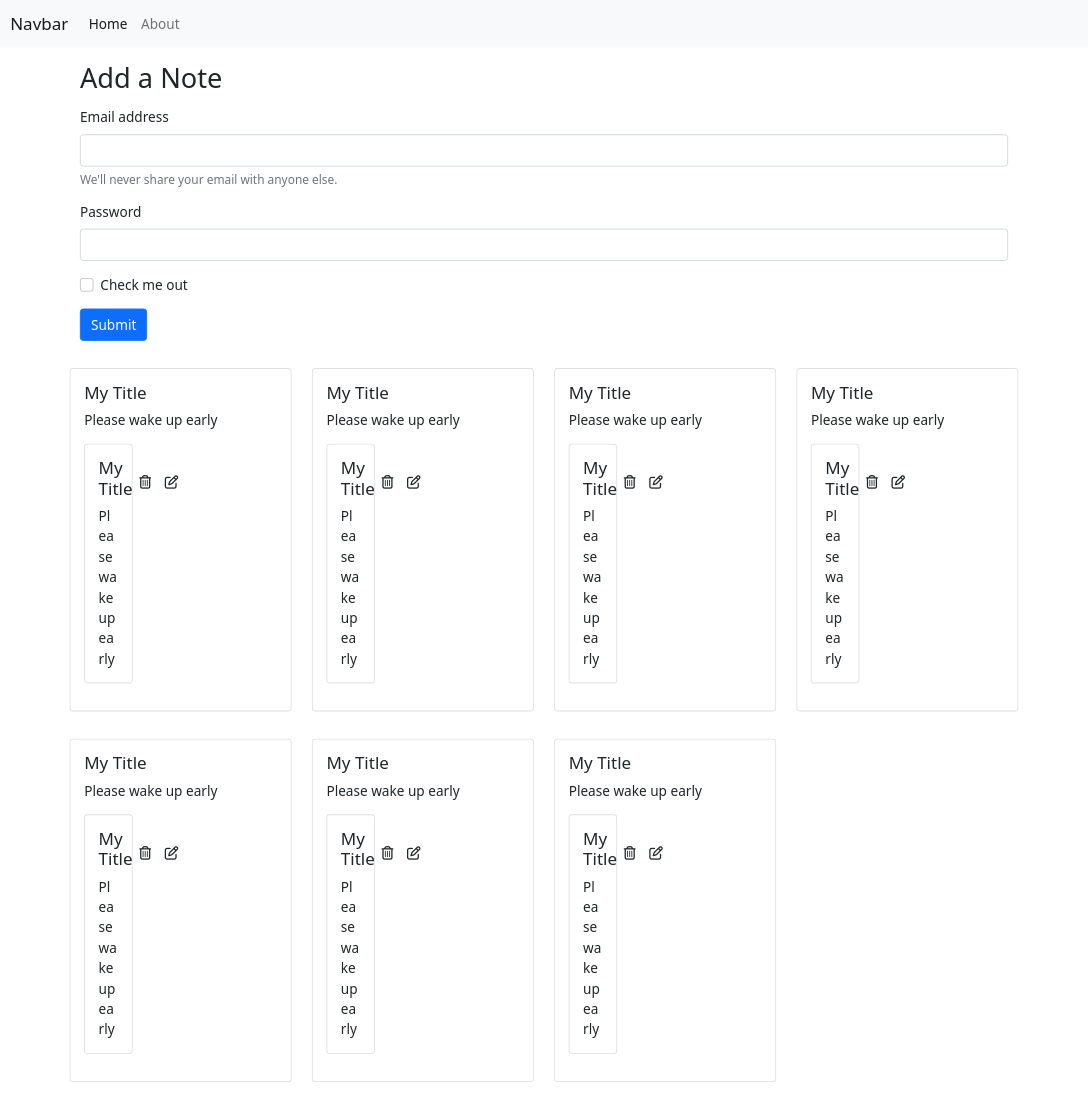
Repository: Asad-devv/inotebook-mern
Page: /
An editor plug-in stored every save of this project. The page is shown before and after the next save, followed by the edit.
The browser window is 1280 px wide. The pictures show the whole page, at 85% of full size.
Some web libraries are served in a nearby version. The project was rebuilt for these pictures with package versions that can differ from the ones it lists, and the page was loaded fresh each time. Also part of the build but not shown: vite.config.js, src/components/About.jsx.

Above is the page before, as saved 2023-04-14 00:46:21.

### index.html
<!DOCTYPE html>
<html lang="en">
  <head>
    <meta charset="UTF-8" />
    <link rel="icon" type="image/svg+xml" href="/vite.svg" />
    <meta name="viewport" content="width=device-width, initial-scale=1.0" />
    <link href="https://cdn.jsdelivr.net/npm/bootstrap@5.0.2/dist/css/bootstrap.min.css" rel="stylesheet" integrity="sha384-EVSTQN3/azprG1Anm3QDgpJLIm9Nao0Yz1ztcQTwFspd3yD65VohhpuuCOmLASjC" crossorigin="anonymous">
    <title>iNotebook</title>
  </head>
  <body>
    <div id="root"></div>
    <script type="module" src="/src/main.jsx"></script>

    <script src="https://kit.fontawesome.com/26504e4a1f.js" crossorigin="anonymous"></script>

    <script src="https://cdn.jsdelivr.net/npm/@popperjs/core@2.9.2/dist/umd/popper.min.js" integrity="sha384-IQsoLXl5PILFhosVNubq5LC7Qb9DXgDA9i+tQ8Zj3iwWAwPtgFTxbJ8NT4GN1R8p" crossorigin="anonymous"></script>
    <script src="https://cdn.jsdelivr.net/npm/bootstrap@5.0.2/dist/js/bootstrap.min.js" integrity="sha384-cVKIPhGWiC2Al4u+LWgxfKTRIcfu0JTxR+EQDz/bgldoEyl4H0zUF0QKbrJ0EcQF" crossorigin="anonymous"></script>
  </body>
</html>

### src/main.jsx
import React from 'react'
import ReactDOM from 'react-dom/client'
import App from './App'
// import './index.css'
import { BrowserRouter } from "react-router-dom"
import { Provider } from 'react-redux'
import store from './states/Store'


ReactDOM.createRoot(document.getElementById('root')).render(
  <React.StrictMode>
    <BrowserRouter>
    <Provider store={store} >
    <App />
    </Provider>
    </BrowserRouter>
  </React.StrictMode>,
)

### src/App.jsx
import { useState } from 'react'
import reactLogo from './assets/react.svg'
import viteLogo from '/vite.svg'
// import './App.css'
import {Home,Navbar,About} from "./components"
import { Route, Routes } from "react-router-dom"




function App() {

  return (
      <>
      <Navbar/>
      <div className="container">
      <Routes>
      <Route path="/" element={<Home />} />
      <Route path="/about" element={<About />} />
      </Routes>
      </div>

    </>
  );
}
export default App

### src/states/Store.js
import { configureStore } from '@reduxjs/toolkit'
import notesReducer from "./redux/notesSlice"


export default configureStore({
  reducer: {notes:notesReducer},
})

### src/components/index.js
import Home from "./Home"
import Navbar from "./Navbar"
import About from "./About"



export { Home,Navbar,About }

### src/states/redux/notesSlice.js
import { createSlice } from '@reduxjs/toolkit'


const notesInitial = [
        {
          "_id": "61322f19553781a8ca8d0e06",
          "user": "6131dc5e3e4037cd4734a066",
          "title": "My Title",
          "description": "Please wake up early",
          "tag": "personal",
          "date": "2021-09-03T14:20:09.509Z",
          "__v": 0
        },
        {
          "_id": "61322f19553781a8ca8d0e08",
          "user": "6131dc5e3e4037cd4734a066",
          "title": "My Title",
          "description": "Please wake up early",
          "tag": "personal",
          "date": "2021-09-03T14:20:09.668Z",
          "__v": 0
        },
        {
          "_id": "61322f19553781a8ca8d0e08",
          "user": "6131dc5e3e4037cd4734a066",
          "title": "My Title",
          "description": "Please wake up early",
          "tag": "personal",
          "date": "2021-09-03T14:20:09.668Z",
          "__v": 0
        },
        {
          "_id": "61322f19553781a8ca8d0e08",
          "user": "6131dc5e3e4037cd4734a066",
          "title": "My Title",
          "description": "Please wake up early",
          "tag": "personal",
          "date": "2021-09-03T14:20:09.668Z",
          "__v": 0
        },
        {
          "_id": "61322f19553781a8ca8d0e08",
          "user": "6131dc5e3e4037cd4734a066",
          "title": "My Title",
          "description": "Please wake up early",
          "tag": "personal",
          "date": "2021-09-03T14:20:09.668Z",
          "__v": 0
        },
        {
          "_id": "61322f19553781a8ca8d0e08",
          "user": "6131dc5e3e4037cd4734a066",
          "title": "My Title",
          "description": "Please wake up early",
          "tag": "personal",
          "date": "2021-09-03T14:20:09.668Z",
          "__v": 0
        },
        {
          "_id": "61322f19553781a8ca8d0e08",
          "user": "6131dc5e3e4037cd4734a066",
          "title": "My Title",
          "description": "Please wake up early",
          "tag": "personal",
          "date": "2021-09-03T14:20:09.668Z",
          "__v": 0
        },
      ]

export const notesSlice= createSlice({
    name:'notes',
    initialState:{value:notesInitial},
    reducers:{
        update:(state)=>{
            setTimeout(()=>{state.value.tag+="gellp"},1000)

        }
    }
})


export const { update} = notesSlice.actions

export default notesSlice.reducer

### src/components/Home.jsx
import React from 'react'
import { useSelector,useDispatch } from 'react-redux'
import { update } from '../states/redux/notesSlice';
import Notes from './Notes';

const Home = () => {
  const dispatch= useDispatch();
  const notes =  useSelector((state) => state.notes.value)
  console.log(notes)
  return (
    <div>

      <div className="container my-3">
            <h2>Add a Note</h2>
            <form className="my-3">
                <div class="mb-3">
                    <label for="exampleInputEmail1" class="form-label">Email address</label>
                    <input type="email" class="form-control" id="exampleInputEmail1" aria-describedby="emailHelp"/>
                    <div id="emailHelp" class ="form-text">We'll never share your email with anyone else.</div>
                </div>
                <div class="mb-3">
                    <label for="exampleInputPassword1" class="form-label">Password</label>
                    <input type="password" class="form-control" id="exampleInputPassword1"/>
                </div>
                <div class="mb-3 form-check">
                    <input type="checkbox" class="form-check-input" id="exampleCheck1"/>
                    <label class ="form-check-label" for="exampleCheck1">Check me out</label>
                </div>
                <button type="submit" class="btn btn-primary">Submit</button>
            </form>
            </div>


        <Notes></Notes>
    </div>
  )
}

export default Home

### src/components/Navbar.jsx
import React,{useEffect,useState} from 'react'
import {Link,useLocation } from "react-router-dom"

const Navbar = () => {


  let location = useLocation();
  const [activeLink, setActiveLink] = useState()

  useEffect(() => {
    // Google Analytics
  }, [location]);

  return (

    <nav className="navbar navbar-expand-lg navbar-light bg-light">
      <div className="container-fluid">
        <a className="navbar-brand" href="#">Navbar</a>
        <button className="navbar-toggler" type="button" data-bs-toggle="collapse" data-bs-target="#navbarNav" aria-controls="navbarNav" aria-expanded="false" aria-label="Toggle navigation">
          <span className="navbar-toggler-icon" />
        </button>
        <div className="collapse navbar-collapse" id="navbarNav">
          <ul className="navbar-nav">
            <li className="nav-item">
              <Link to="/" className={`${location.pathname==="/" && "active"}   nav-link`} aria-current="page" href="#">Home</Link >
            </li>

            <li className="nav-item">
              <Link to="/about" className={`${location.pathname==="/about" && "active"}   nav-link`} href="#">About</Link >
            </li>

          </ul>
        </div>
      </div>
    </nav>  )
}

export default Navbar

### src/components/Notes.jsx
import React from 'react'
import { useSelector,useDispatch } from 'react-redux'
// import { update } from '../states/redux/notesSlice';



const NoteItem = ({title,description,tag})=>{
    return(
        <div className="col-md-3">
        <div class="card my-3">
            <div class ="card-body">
            <h5 class ="card-title">{title}</h5>
            <p class ="card-text">{description}</p>
    <div className="col-md-3">
        <div className="card my-3">
            <div className="card-body">
                <div className="d-flex align-items-center">
                    <h5 className="card-title">{title}</h5><i className="far fa-trash-alt mx-2"></i>
                    <i className="far fa-edit mx-2"></i>
                </div>
                <p className="card-text">{description}</p>

            </div>
        </div></div>
        </div>
        </div>
    </div>
    )
}



const Notes = () => {
    const dispatch= useDispatch();
const notes =  useSelector((state) => state.notes.value)
  return (
    <div className='row my-3'>

         {notes.map((note)=>{
        return(
        //   <h1 key={  .id}>{note.title}</h1>
            <NoteItem key={note.id} {...note}/>
        )
      })}</div>
  )
}

export default Notes

After the next save:
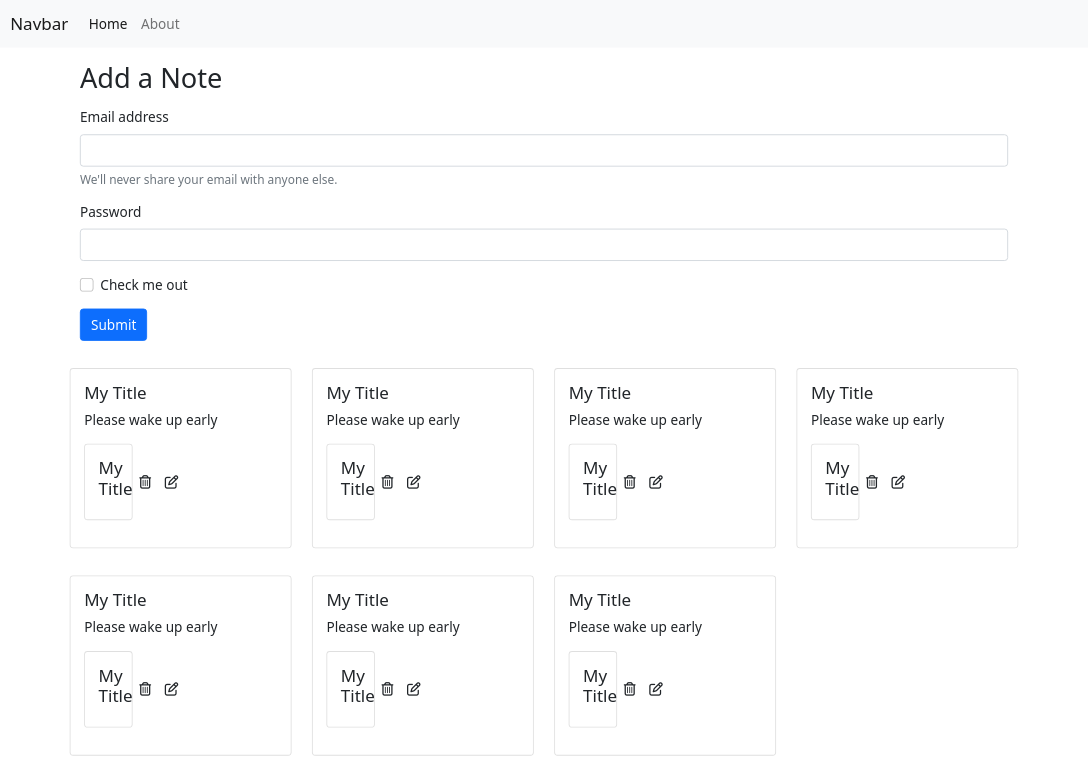
Saved 20 s later.
--- a/src/components/Notes.jsx
+++ b/src/components/Notes.jsx
@@ -18,7 +18,7 @@ const NoteItem = ({title,description,tag})=>{
                     <h5 className="card-title">{title}</h5><i className="far fa-trash-alt mx-2"></i>
                     <i className="far fa-edit mx-2"></i>
                 </div>
-                <p className="card-text">{description}</p>
+
 
             </div>
         </div></div>
